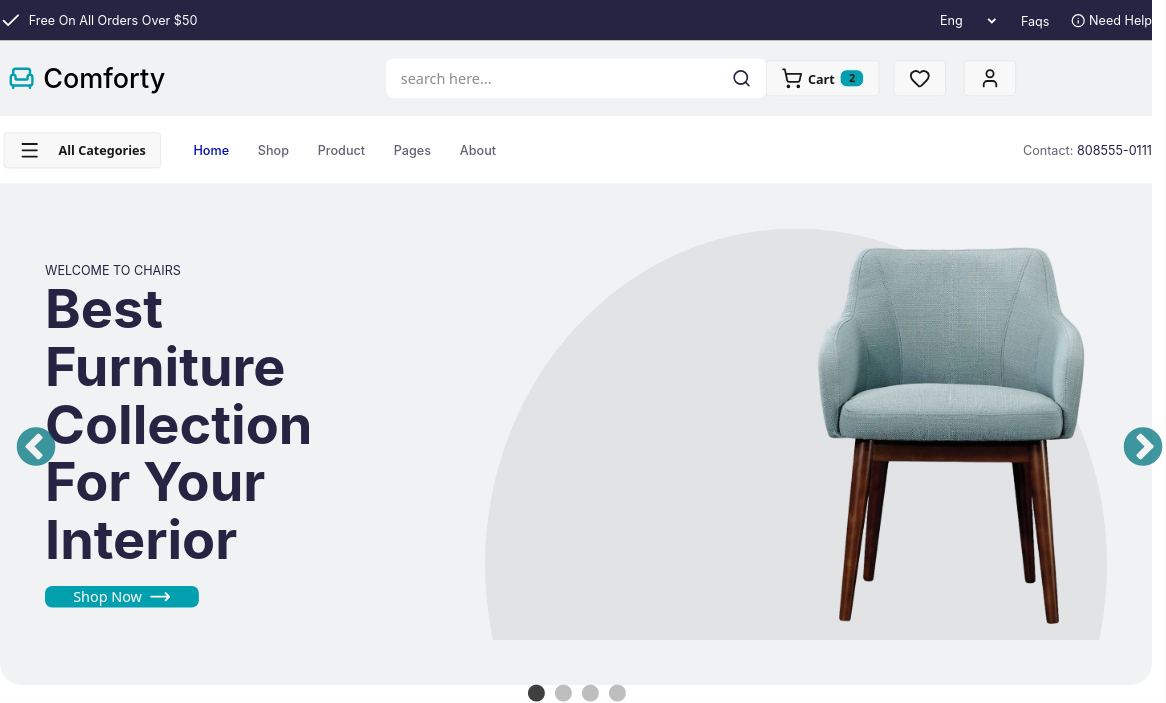
Repository: Neda0o0/store-template-website
Page: /
These files come from the project's save history. The page is drawn as it stood at one moment and after the next save; the edit follows.
The browser window is 1280 px wide. The page is 1295 px wide, so the pictures cover 1295 px, including what lies to the right of the window. The pictures show the whole page, at 90% of full size.
The project was rebuilt for these pictures with package versions that can differ from the ones it lists, and the page was loaded fresh each time. Also part of the build but not shown: vite.config.js, src/Pages/Auth/Auth.jsx, src/Pages/Auth/Login/Login.jsx, src/Pages/Auth/Register/Register.jsx, src/Pages/Error/Error.jsx, src/AuthCheck/AuthCheck.jsx.

Above is the page before, as saved 2025-10-23 12:07:39.

### index.html
<!DOCTYPE html>
<html lang="en">
  <head>
    <meta charset="UTF-8" />
    <link rel="icon" type="image/svg+xml" href="/vite.svg" />
    <meta name="viewport" content="width=device-width, initial-scale=1.0" />
    <title>new-project</title>
  </head>
  <body>
    <div id="root"></div>
    <script type="module" src="/src/main.jsx"></script>
  </body>
</html>

### src/main.jsx
import { StrictMode } from "react";
import { createRoot } from "react-dom/client";
import MainLayout from "./MainLayout/MainLayout";
import "./index.css";

createRoot(document.getElementById("root")).render(
  <StrictMode>
    <MainLayout />
  </StrictMode>
);

### src/MainLayout/MainLayout.jsx
import { BrowserRouter, Route, Routes } from "react-router";
import Navbar from "../components/Navbar/Navbar";
import Home from "../Pages/Home/Home";
import Auth from "../Pages/Auth/Auth";
import Login from "../Pages/Auth/Login/Login";
import Register from "../Pages/Auth/Register/Register";
import Error from "../Pages/Error/Error";
import AuthCheck from "../AuthCheck/AuthCheck";

const MainLayout = () => {
  return (
    <BrowserRouter>
      {/* Navbar */}
      <Navbar />
      <Routes>
        <Route
          path="/"
          element={
            <AuthCheck>
              <Home />
            </AuthCheck>
          }
        />
        <Route path="auth" element={<Auth />}>
          <Route path="login" element={<Login />} />
          <Route path="register" element={<Register />} />
        </Route>
        {/* not found routes */}
        <Route path="*" element={<Error />} />
      </Routes>
    </BrowserRouter>
  );
};
export default MainLayout;

### src/index.css
@import "tailwindcss";
@plugin "daisyui";

/* google font inter */
@import url("https://fonts.googleapis.com/css2?family=Inter:ital,opsz,wght@0,14..32,100..900;1,14..32,100..900&display=swap");

@theme {
  --font-inter: "Inter", sans-serif;
}

.banner_slide_item {
  display: flex !important;
  justify-content: space-between;
  align-items: center;
  gap: 7.5rem;
}

.banner_image {
  position: relative;
}
.banner_image::before {
  content: "";
  position: absolute;
  top: 0;
  right: 0;
  max-width: 747px;
  width: 100%;
  min-height: 747px;
  height: 100%;
  background-color: #e1e3e5;
  border-radius: 100%;
  z-index: -1;
}
.slick-prev,
.slick-next {
  z-index: 5 !important;
}
.slick-list {
  margin: 10px;
}
.slick-prev:before,
.slick-next:before {
  font-family: "slick";
  font-size: 50px !important;
  line-height: 1;
  opacity: 0.75;
  color: #007580 !important;
  -webkit-font-smoothing: antialiased;
  -moz-osx-font-smoothing: grayscale;
}
.slick-dots {
  position: absolute;
  bottom: -70px !important;
  display: block;
  width: 100%;
  padding: 0;
  margin: 0;
  list-style: none;
  text-align: center;
}
.slick-dots li button:before {
  font-family: "slick";
  font-size: 22px !important;
  line-height: 20px;
  position: absolute;
  top: 0;
  left: 0;
  width: 20px;
  height: 20px;
  text-align: center;
  opacity: 0.25;
  color: black;
  -webkit-font-smoothing: antialiased;
  -moz-osx-font-smoothing: grayscale;
}

### src/components/Navbar/Navbar.jsx
import {
  Armchair,
  Check,
  Info,
  Search,
  ShoppingCart,
  Heart,
  User,
  Menu,
} from "lucide-react";
import { Link, NavLink } from "react-router-dom";

const Navbar = () => {
  return (
    <div>
      {/* navbar top */}
      <div className="navbar_top flex items-center justify-center bg-[#272343] w-full h-[45px]">
        <div className="lg:container flex justify-between items-center">
          <p className="flex items-center gap-2 text-sm font-inter font-normal text-white capitalize">
            <Check />
            Free on all orders over $50
          </p>
          <div className="navbar_top_right flex items-center gap-6">
            <select
              defaultValue="Server location"
              className=" bg-none h-[30px] w-[70px] text-sm font-inter font-normal capitalize text-white"
            >
              <option>Eng</option>
              <option>Farsi</option>
            </select>
            <button>
              <Link className="text-sm text-white font-inter font-normal capitalize ">
                Faqs
              </Link>
            </button>
            <button>
              <Link className="flex items-center gap-1 text-sm  text-white font-inter font-normal capitalize">
                <Info size={16} />
                Need help
              </Link>
            </button>
          </div>
        </div>
      </div>
      {/* navbar middle */}
      <div className="navbar middle flex items-center justify-center bg-[#f0f2f3] w-full h-[84px]">
        <div className="lg:container grid grid-cols-3 items-center">
          <div className="logo_wrapper">
            <Link
              to="/"
              className="text-3xl text-black font-inter font-medium capitalize flex items-center gap-2"
            >
              <Armchair size="2rem" color="#029fae" /> Comforty
            </Link>
          </div>
          <div className="search_box">
            <form action="#" className="max-w-[443px] h-[44px] relative">
              <input
                type="text"
                placeholder="search here..."
                className=" max-w-[443px] w-full h-full bg-white rounded-lg pl-4 "
              />
              <button className="absolute to-50% right-4 translate-y-1/2">
                <Search size="22px" color="#272343" />
              </button>
            </form>
          </div>
          {/* navbar middle right */}
          <div className="navbar_middle_right flex items-center gap-4">
            <button className="btn capitalize">
              <ShoppingCart /> cart
              <div className="badge badge-sm bg-[#029fae]">2</div>
            </button>
            <button className="btn capitalize">
              <Heart />
            </button>

            <div className="dropdown">
              <div tabIndex={0} role="button" className="btn m-1">
                <User />
              </div>
              <ul
                tabIndex="-1"
                className="dropdown-content menu bg-base-100 rounded-box z-1 w-52 p-2 shadow-sm"
              >
                <li>
                  <Link>Account</Link>
                </li>
                <li>
                  <Link>Logout</Link>
                </li>
              </ul>
            </div>
          </div>
        </div>
      </div>

      {/* navbar bottom */}
      <div className="navbar_bottom flex items-center justify-center w-full h-[75px] bg-white border-[#ele3e5]">
        <div className="lg:container flex items-center justify-between">
          <div className="navbar_bottom_left flex items-center gap-8">
            <div className="dropdown dropdown-start">
              <div
                tabIndex={0}
                role="button"
                className="btn m-1 flex items-center gap-5 capitalize"
              >
                <Menu /> all categories
              </div>
              <ul
                tabIndex="-1"
                className="dropdown-content menu bg-base-100 rounded-box z-1 w-52 p-2 shadow-sm"
              >
                <li>
                  <a>Chair</a>
                </li>
                <li>
                  <a>Pant</a>
                </li>
                <li>
                  <a>Shirt</a>
                </li>
                <li>
                  <a>T-shirt</a>
                </li>
              </ul>
            </div>
            <nav className="flex items-center gap-8">
              <NavLink
                to="/"
                className="text-sm text-[#020fae] font-inter font-medium capitalize"
              >
                Home
              </NavLink>
              <NavLink className="text-sm text-[#636270] font-inter font-medium capitalize">
                shop
              </NavLink>
              <NavLink className="text-sm text-[#636270] font-inter font-medium capitalize">
                product
              </NavLink>
              <NavLink className="text-sm text-[#636270] font-inter font-medium capitalize">
                pages
              </NavLink>
              <NavLink className="text-sm text-[#636270] font-inter font-medium capitalize">
                about
              </NavLink>
            </nav>
          </div>

          <div className="navbar_bottom_right">
            <p className="text-sm text-[#636270] font-inter font-normal capitalize">
              contact: <span className="text-[#272343]">{808}555-0111</span>
            </p>
          </div>
        </div>
      </div>
    </div>
  );
};
export default Navbar;

### src/Pages/Home/Home.jsx
import Banner from "../../components/Banner/Banner";
import Delivery from "../../components/Delivery/Delivery";
const Home = () => {
  return (
    <div>
      {/* banner component */}
      <div className="w-full rounded-b-3xl bg-[#f0f2f3] min-h-[85px] flex items-center justify-center ">
        <Banner></Banner>
      </div>
      {/* delivery component */}
      <div className="w-full min-h[#150px] shadow-md bg-white ">
        <Delivery></Delivery>
      </div>
    </div>
  );
};
export default Home;

### src/components/Banner/Banner.jsx
import "slick-carousel/slick/slick.css";
import "slick-carousel/slick/slick-theme.css";
import Slider from "react-slick";
import { MoveRight } from "lucide-react";

const Banner = () => {
  const products = [
    {
      id: 1,
      title: "Best Furniture collection for your interior ",
      subTitle: "welcome to chairs",
      image: "/src/assets/Banner/banner_image.png",
    },
    {
      id: 2,
      title: "Best Furniture collection for your interior ",
      subTitle: "welcome to chairs",
      image: "/src/assets/Banner/banner_image.png",
    },
    {
      id: 3,
      title: "Best Furniture collection for your interior ",
      subTitle: "welcome to chairs",
      image: "/src/assets/Banner/banner_image.png",
    },
    {
      id: 4,
      title: "Best Furniture collection for your interior ",
      subTitle: "welcome to chairs",
      image: "/src/assets/Banner/banner_image.png",
    },
  ];
  const settings = {
    dots: true,
    infinite: true,
    speed: 500,
    slidesToShow: 1,
    slidesToScroll: 1,
  };
  return (
    <div className="lg:container w-full p-10">
      <div className="slider-container w-full h-full">
        <Slider {...settings}>
          {products?.map((product) => (
            <div key={product?.id} className="banner_slide_item">
              {/* banner text */}
              <div className="banner_text">
                <p className="text-sm font-inter font-normal text-[#272343] uppercase">
                  {product?.subTitle}
                </p>
                <h3 className="text-6xl text-[#272343] font-inter capitalize leading-16 max-w-[631px] w-full font-bold mb-5">
                  {product?.title}
                </h3>
                <button className="max-w-[171px] w-full flex items-center justify-center gap-2 h-[52] bg-[#029fae] rounded-lg cursor-pointer text-white capitalize">
                  shop now <MoveRight />
                </button>
              </div>

              {/* banner image */}
              <div className="banner_image w-full h-full flex items-center justify-end">
                <img
                  className="w-[50%]"
                  src={product?.image}
                  alt={product?.title}
                />
              </div>
            </div>
          ))}
        </Slider>
      </div>
    </div>
  );
};
export default Banner;

### src/components/Delivery/Delivery.jsx
const Delivery = () => {
  return;
};
export default Delivery;

After the next save:
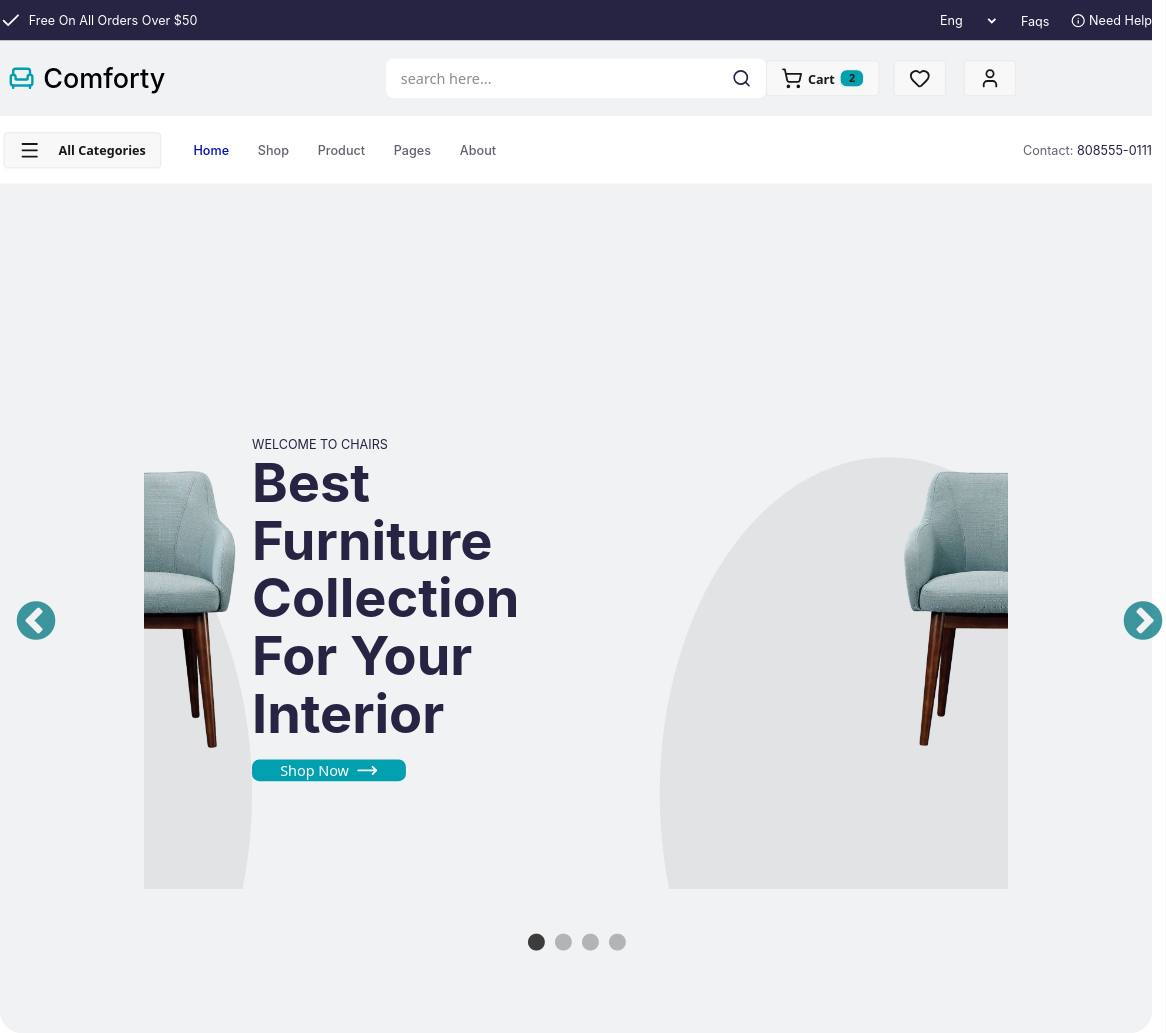
Saved 2 min 25 s later.
--- a/src/index.css
+++ b/src/index.css
@@ -36,7 +36,8 @@
   z-index: 5 !important;
 }
 .slick-list {
-  margin: 10px;
+  margin: 10%;
+  padding: 10%;
 }
 .slick-prev:before,
 .slick-next:before {
